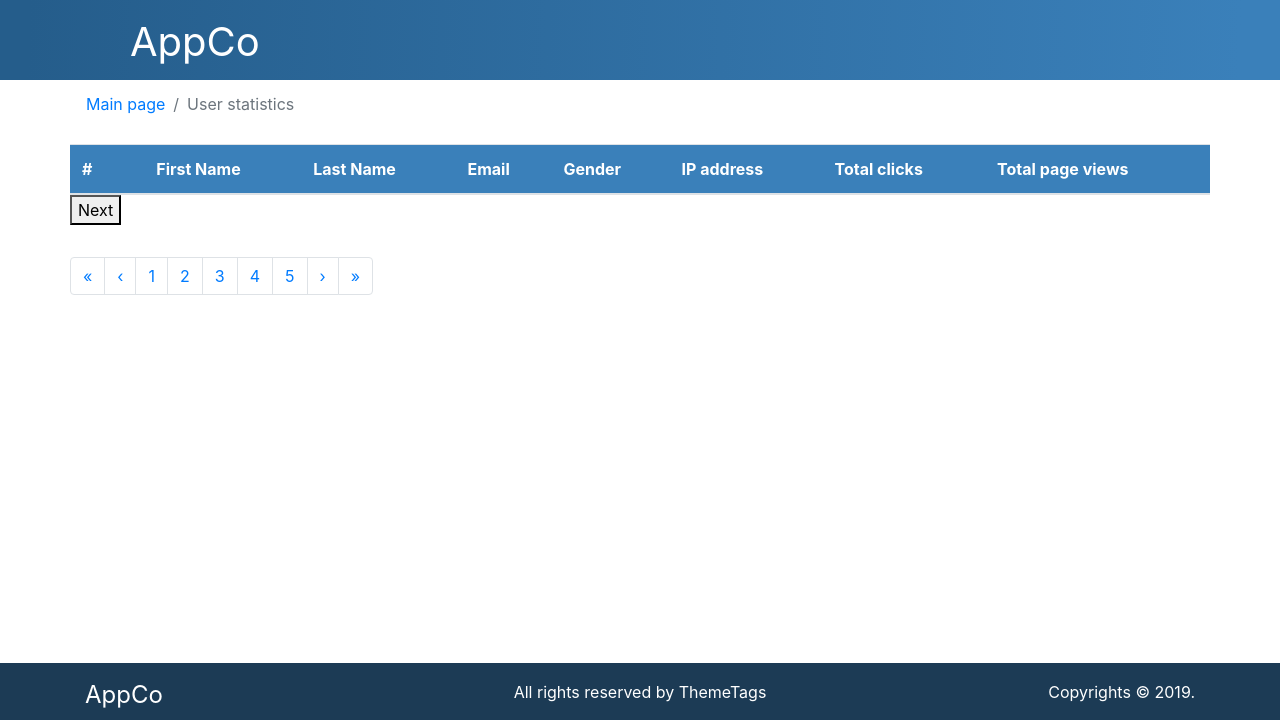
Repository: andbilous/user-statistics-app
Page: /
These files come from the project's save history. The page is drawn as it stood at one moment and after the next save; the edit follows.
The browser window is 1280 px wide. The pictures show the whole page.
The page's requests for data from a server got no answer. The project was rebuilt for these pictures with package versions that can differ from the ones it lists, and the page was loaded fresh each time. No one was signed in, and anything a server would have sent is missing. Also part of the build but not shown: src/components/brainstorming/index.js, src/components/reasons/reasons.scss, src/components/reasons/index.js, src/components/footer/footer.scss, src/components/footer/index.js, src/pages/Main.jsx.

Above is the page before, as saved 2020-06-22 17:02:29.

### src/App.js
import React from 'react';
import Main from './pages/Main';
import Stats from './pages/Stats';
import './App.scss';

function App() {
  return (
    <div className="App">
      <Stats/>
    </div>
  );
}

export default App;

### src/pages/Stats.jsx
import React, { useEffect, useState } from "react";
import Header from "../components/Header";
import axios from "axios";
import {
  Table,
  Breadcrumb,
  BreadcrumbItem,
  Container,
  Row,
  Pagination,
  PaginationItem,
  PaginationLink,
} from "reactstrap";
import PlainFooter from "../components/plain-footer";

const Stats = () => {
  const [data, setData] = useState([]);
  const [active, setActive] = useState(1);
  let items = [];
  const fetchData = (startIndex) => {
    axios.get(`http://localhost:5000/users/${startIndex - 1}`).then((res) => {
      setData(res.data.users);
    });
  };

  useEffect(() => {
    fetchData(1);
  }, []);
  return (
    <>
      <Header />
      <Container>
        <Row>
          <Breadcrumb tag="nav" listTag="div">
            <BreadcrumbItem tag="a" href="#">
              Main page
            </BreadcrumbItem>
            <BreadcrumbItem active tag="span">
              User statistics
            </BreadcrumbItem>
          </Breadcrumb>
          <section className="table">
            <Table striped>
              <thead>
                <tr>
                  <th>#</th>
                  <th>First Name</th>
                  <th>Last Name</th>
                  <th>Email</th>
                  <th>Gender</th>
                  <th>IP address</th>
                  <th>Total clicks</th>
                  <th>Total page views</th>
                </tr>
              </thead>
              <tbody>
                {data.map((user) => {
                  return (
                    <tr key={user.id}>
                      <td>{user.id}</td>
                      <td>{user.first_name}</td>
                      <td>{user.last_name}</td>
                      <td>{user.email}</td>
                      <td>{user.gender}</td>
                      <td>{user.ip_address}</td>
                      <td>{user.total_clicks}</td>
                      <td>{user.total_page_views}</td>
                    </tr>
                  );
                })}
              </tbody>
              <button
                onClick={() => {
                  fetchData(51);
                }}
              >
                Next
              </button>
            </Table>
          </section>
        </Row>
        <Row>
        <Pagination aria-label="Page navigation example">
    <PaginationItem>
        <PaginationLink first href="#" />
      </PaginationItem>
      <PaginationItem>
        <PaginationLink previous href="#" />
      </PaginationItem>
      <PaginationItem>
        <PaginationLink href="#">
          1
        </PaginationLink>
      </PaginationItem>
      <PaginationItem>
        <PaginationLink href="#">
          2
        </PaginationLink>
      </PaginationItem>
      <PaginationItem>
        <PaginationLink href="#">
          3
        </PaginationLink>
      </PaginationItem>
      <PaginationItem>
        <PaginationLink href="#">
          4
        </PaginationLink>
      </PaginationItem>
      <PaginationItem>
        <PaginationLink href="#">
          5
        </PaginationLink>
      </PaginationItem>
      <PaginationItem>
        <PaginationLink next href="#" />
      </PaginationItem>
      <PaginationItem>
        <PaginationLink last href="#" />
      </PaginationItem>
    </Pagination>
        </Row>
      </Container>

      <PlainFooter />
    </>
  );
};

export default Stats;

### src/App.scss
body {
  font-family: Montserrat;
  font-style: normal;
  font-weight: normal;
}
img {
  position: relative;
  display: block;
  width: 100%;
}

table {
  thead{
    background: #3A80BA;
    color: #fff;
  }
  .boring-text::after {
    content: "<- СКУЧНО!";
    color: red;
 }
}

.breadcrumb {
  background-color: #fff !important;
}

### src/components/Header/index.js
import React from 'react';
import './header.scss';
import { Container } from 'reactstrap';


const Header = () => {
    return (
      <header className='header bg-image'>
      <Container>
          <div className='navbar-brand'>
          AppCo
            </div>
      </Container>
      </header>
    )
};

export default Header;

### src/components/plain-footer/index.js
import React from 'react';
import { Container, Row, Col } from 'reactstrap';
import './plain-footer.scss';

const PlainFooter = () => {
    return (
      <footer className='plain-footer'>
        <Container>
          <Row className='justify-content-between'>
          <Col className='col-md' lg='4'>
            <span className='footer-title'>AppCo</span>
          </Col>
          <Col className='col-md text-center' lg='4'>
          <span>All rights reserved by ThemeTags</span>
            </Col>
            <Col className='col-md text-right' lg='4'>
            <span>Copyrights © 2019.</span>
            </Col>
          </Row>
        </Container>
      </footer>
    )
};

export default PlainFooter;

### src/components/Header/header.scss
.header{
  width: 100%;
  height: 80px;
  background: linear-gradient(92.09deg, #255D8B 2.29%, #3A80BA 96.79%);
  .navbar-brand {
    color: #fff;
    font-size: 40px;
    line-height: 49px;
    position: absolute;
    width: 136px;
    height: 49px;
    left: 130px;
    top: 12px;
  }
}

### src/components/brainstorming/brainstorming.scss
.brainstorming {
  background-image: url(/img/bg.png);
  background-repeat: no-repeat;
  background-position: center center;
  background-size: cover;
}
.brainstorming-header {
  font-size: 48px;
  line-height: 59px;
  color: #fff;
  font-style: normal;
  width: 98%;
}
.brainstorming-subheader {
  font-size: 20px;
  line-height: 142%;
  font-weight: normal;
  color: #fff;
  font-style: normal;
  margin-bottom: 32px;
}

.brainstorming-btn {
  width: 154px;
  height: 56px;
  background: #ffffff;
  border-radius: 8px;
  color: #3a80ba;
  font-size: 16px;
  line-height: 142%;
  text-align: center;
  padding: 17px 31px 16px 32px;
}

.mobile {
  width: 321px;
  height: 561px;
  background-image: url(/img/mobile.png);
  background-repeat: no-repeat;
  background-position: center center;
  background-size: cover;
}

.bg-image {
  position: relative;
  width: 100%;
  display: block;
}

### src/components/plain-footer/plain-footer.scss
.plain-footer {
  position: absolute;
  bottom: 0;
  background-color: #1c3b55;
  width: 100%;
  height: 57px;
  color: #fff;
  padding: 17px 17px;
  .span{
    font-size: 16px;
  }
  .footer-title{
    font-size: 24px;
    line-height: 29px;
  }
}

Loaded but not shown: public/index.html (common file); src/index.js (common file); src/serviceWorker.js (common file)

After the next save:
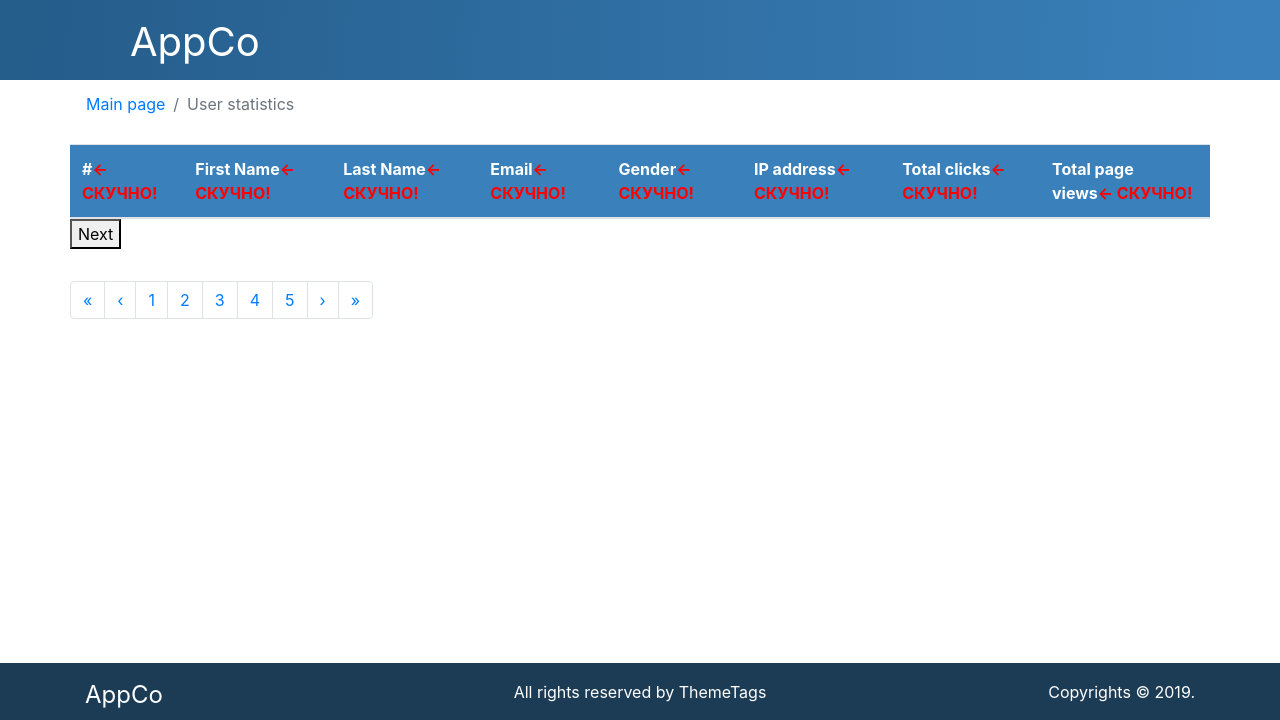
Saved 4 s later.
--- a/src/App.scss
+++ b/src/App.scss
@@ -14,7 +14,7 @@ table {
     background: #3A80BA;
     color: #fff;
   }
-  .boring-text::after {
+  th::after {
     content: "<- СКУЧНО!";
     color: red;
  }
